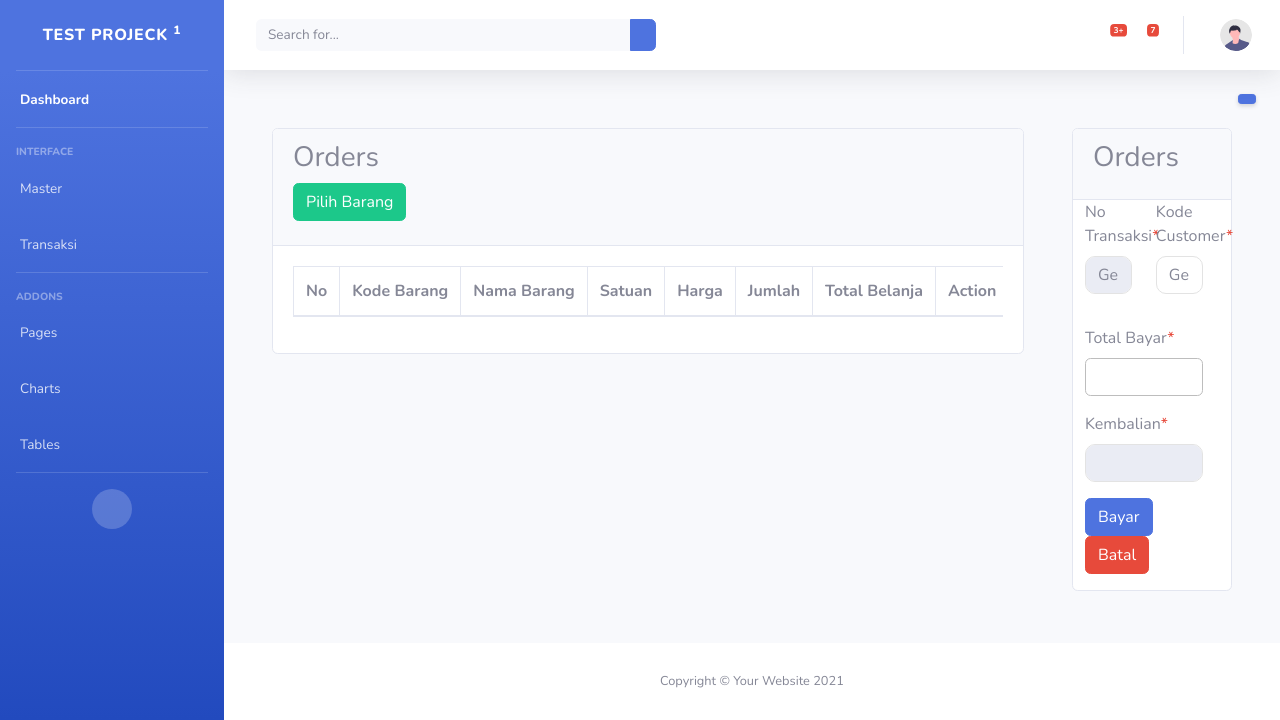
Repository: sellayspy/laravel123
Page: http://localhost/transaksis
The author's editor kept a copy of each file at every save. The page is drawn from the files as they stood at one save, then again after the next save.
The browser window is 1280 px wide. The pictures show the whole page.
The page is served by the project's Laravel application, run on PHP 8.4 with Laravel 10. Queries for data that is not in the repository find no rows.

Above is the page before, as saved 2023-10-30 14:34:19.
Console error: ReferenceError: jQuery is not defined

After the next save:
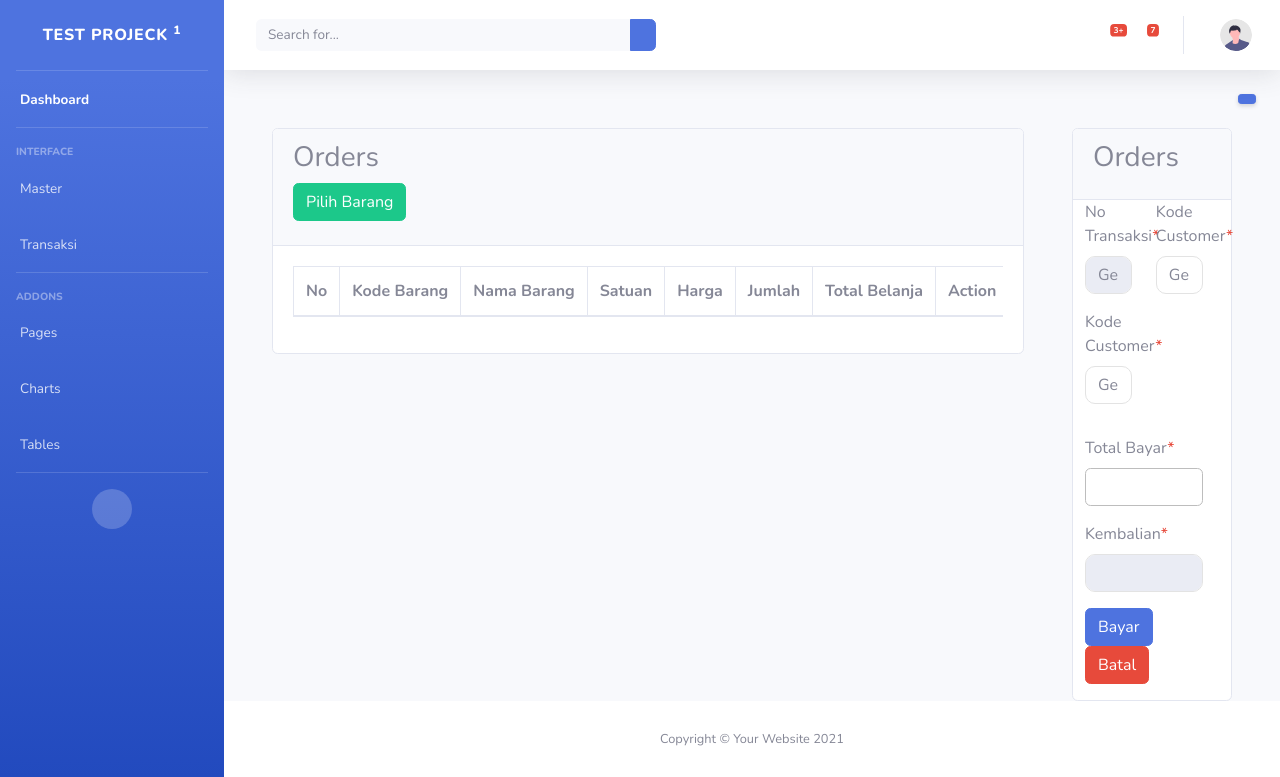
Saved 2 min 38 s later.
--- a/resources/views/transaksi/index.blade.php
+++ b/resources/views/transaksi/index.blade.php
@@ -165,6 +165,13 @@
                                 name="name" id="name" />
                         </div>
                     </div>
+                    <div class="col-md-5">
+                        <div class="form-group">
+                            <label>Kode Customer<span class="text-danger">*</span></label>
+                            <input type="text" class="form-control form-control-solid" placeholder="Generate Otomatis"
+                                name="name" id="name" />
+                        </div>
+                    </div>
                     <div class="col-md-10">
                         <div class="form-group gettotalbarang">
                         </div>
